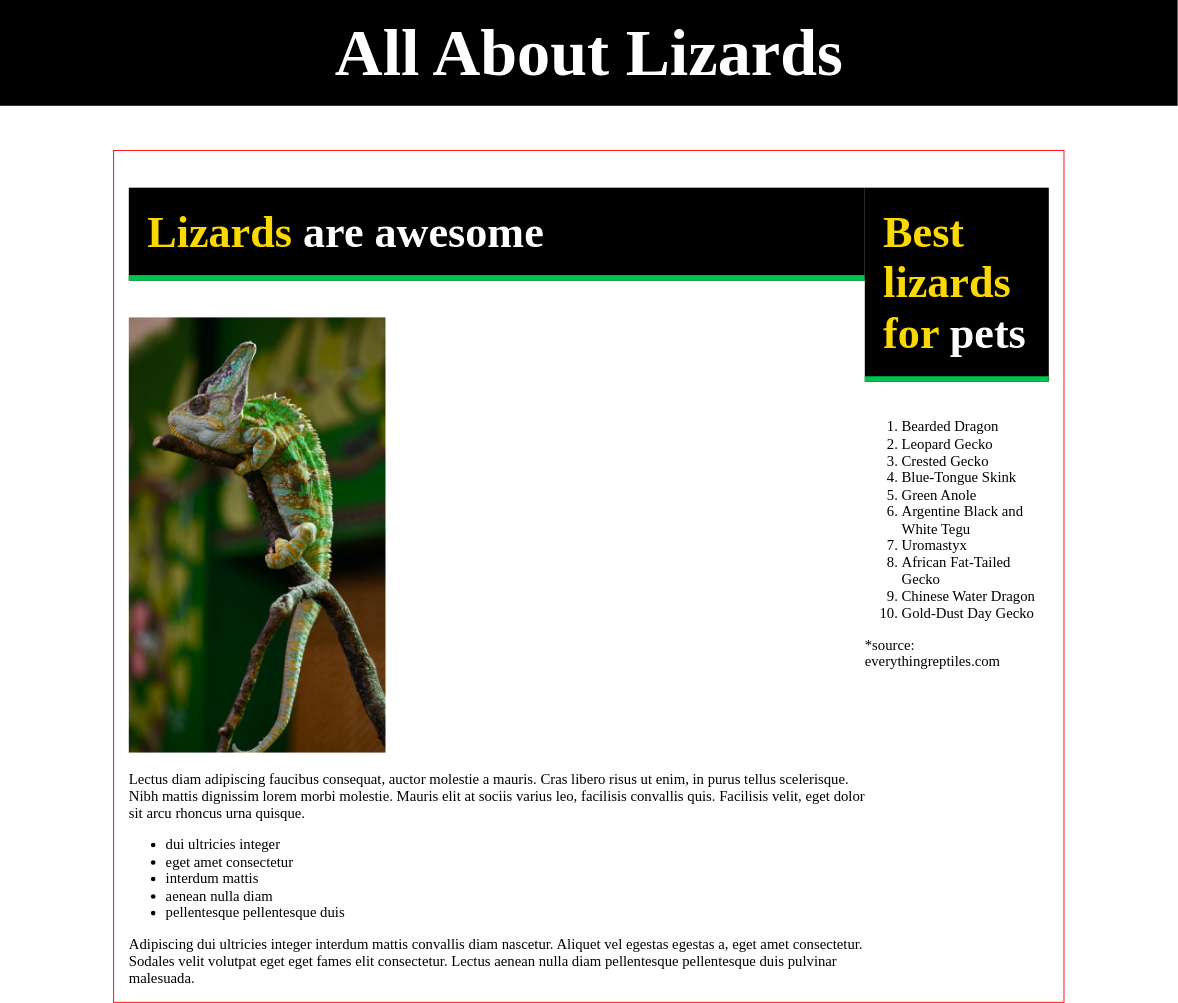
Repository: Doumham-Armah/lizards-landing--page
Page: index.html
The author's editor kept a copy of each file at every save. The page is drawn from the files as they stood at one save, then again after the next save.
The browser window is 1280 px wide. The pictures show the whole page, at 92% of full size.

Above is the page before, as saved 2021-08-10 15:06:58.

After the next save:
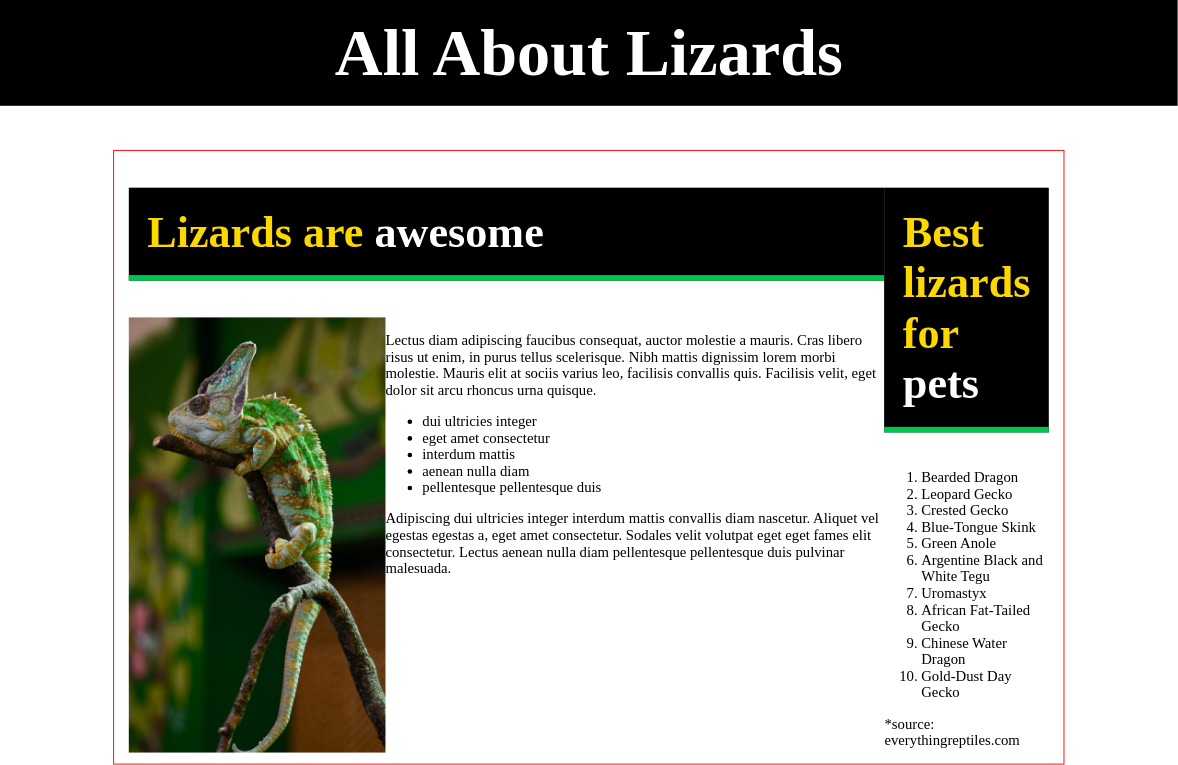
Saved 5 min 37 s later.
--- a/index.html
+++ b/index.html
@@ -1,10 +1,6 @@
 <!DOCTYPE html>
 <html>
   <head>
-    <link
-      rel="stylesheet"
-      href="https://cdnjs.cloudflare.com/ajax/libs/normalize/8.0.1/normalize.css"
-    />
     <title>All about lizards</title>
     <link href="css/style.css" rel="stylesheet" />
   </head>
@@ -18,37 +14,44 @@
         <div class="columns">
           <section class="main-content">
             <h2 class="subhead">
-              Lizards <span class="white-text">are awesome</span>
+              Lizards are <span class="white-text">awesome</span>
             </h2>
-            <img
-              src="images/chameleon.jpg"
-              alt="a chameleon climbing a branch"
-            />
 
-            <p>
-              Lectus diam adipiscing faucibus consequat, auctor molestie a
-              mauris. Cras libero risus ut enim, in purus tellus scelerisque.
-              Nibh mattis dignissim lorem morbi molestie. Mauris elit at sociis
-              varius leo, facilisis convallis quis. Facilisis velit, eget dolor
-              sit arcu rhoncus urna quisque.
-            </p>
+            <div class="columns">
+              <div class="col-left">
+                <img
+                  src="images/chameleon.jpg"
+                  alt="a chameleon climbing a branch"
+                />
+              </div>
 
-            <!-- insert the unordered list here -->
-            <ul>
-              <li>dui ultricies integer</li>
-              <li>eget amet consectetur</li>
-              <li>interdum mattis</li>
-              <li>aenean nulla diam</li>
-              <li>pellentesque pellentesque duis</li>
-            </ul>
+              <div class="col-right">
+                <p>
+                  Lectus diam adipiscing faucibus consequat, auctor molestie a
+                  mauris. Cras libero risus ut enim, in purus tellus
+                  scelerisque. Nibh mattis dignissim lorem morbi molestie.
+                  Mauris elit at sociis varius leo, facilisis convallis quis.
+                  Facilisis velit, eget dolor sit arcu rhoncus urna quisque.
+                </p>
 
-            <p>
-              Adipiscing dui ultricies integer interdum mattis convallis diam
-              nascetur. Aliquet vel egestas egestas a, eget amet consectetur.
-              Sodales velit volutpat eget eget fames elit consectetur. Lectus
-              aenean nulla diam pellentesque pellentesque duis pulvinar
-              malesuada.
-            </p>
+                <!-- insert the unordered list here -->
+                <ul>
+                  <li>dui ultricies integer</li>
+                  <li>eget amet consectetur</li>
+                  <li>interdum mattis</li>
+                  <li>aenean nulla diam</li>
+                  <li>pellentesque pellentesque duis</li>
+                </ul>
+
+                <p>
+                  Adipiscing dui ultricies integer interdum mattis convallis
+                  diam nascetur. Aliquet vel egestas egestas a, eget amet
+                  consectetur. Sodales velit volutpat eget eget fames elit
+                  consectetur. Lectus aenean nulla diam pellentesque
+                  pellentesque duis pulvinar malesuada.
+                </p>
+              </div>
+            </div>
           </section>
 
           <aside class="sidebar">
@@ -71,7 +74,9 @@
             <p>*source: everythingreptiles.com</p>
           </aside>
         </div>
+        <!-- close columns -->
       </div>
+      <!-- close container -->
     </main>
   </body>
 </html>
